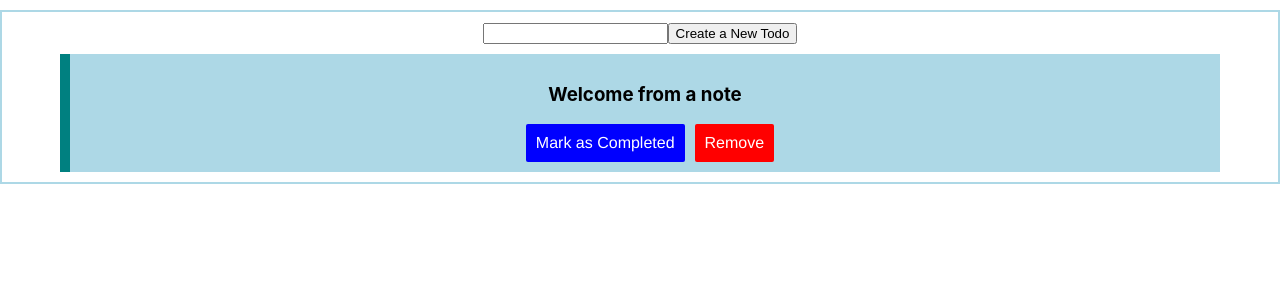
Repository: CaptainStorm21/react-ecosystem-course
Page: /
The author's editor kept a copy of each file at every save. The page is drawn from the files as they stood at one save, then again after the next save.
The browser window is 1280 px wide. The pictures show the whole page.
The project was rebuilt for these pictures with package versions that can differ from the ones it lists, and the page was loaded fresh each time.

Above is the page before, as saved 2020-05-30 17:52:39.

After the next save:
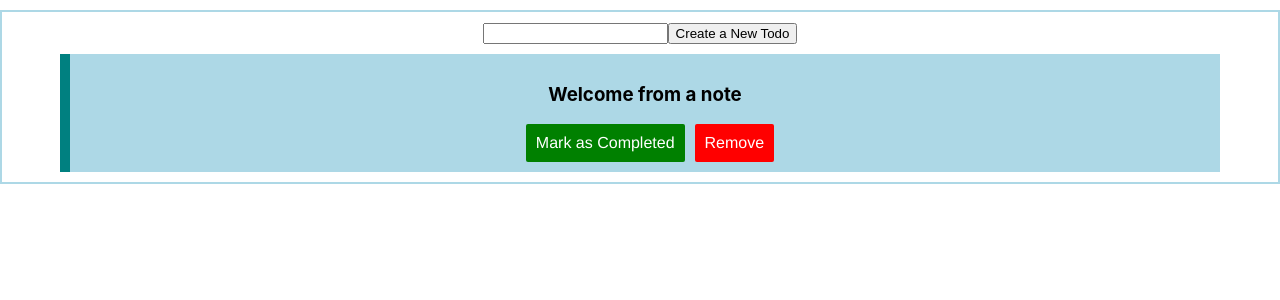
Saved 4 s later.
--- a/src/todos/NewTodoForm.css
+++ b/src/todos/NewTodoForm.css
@@ -19,7 +19,7 @@
 }
 
 .completed-button{
-  background-color: blue;
+  background-color: green;
   padding: 10px;
   border: 0;
   margin-left: 10px;
